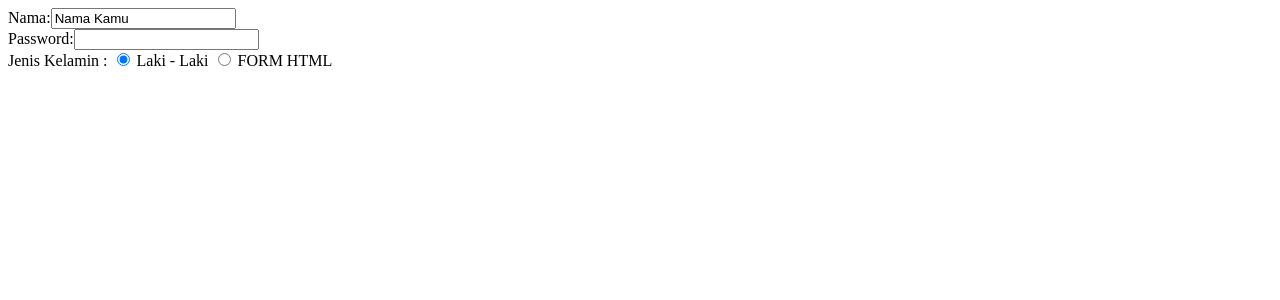
Repository: DejanAmru/dejan-praktikum
Page: modul-5/mod5.html
These files come from the project's save history. The page is drawn as it stood at one moment and after a run of saves; the edit follows.
The browser window is 1280 px wide. The pictures show the whole page.

Above is the page before, as saved 2025-10-30 14:10:57.

After the next 2 saves:
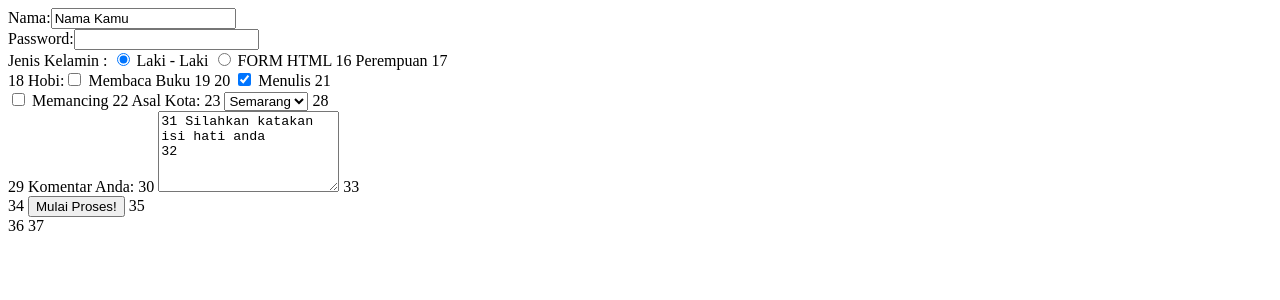
The 2 saves are shown as one change because they came seconds apart.
The last was saved 20 s later.
--- a/modul-5/mod5.html
+++ b/modul-5/mod5.html
@@ -15,4 +15,32 @@
         <input type="radio" name="jenis_kelamin" value="laki-laki" checked />
         Laki - Laki
         <input type="radio" name="jenis_kelamin" value="perempuan"   />
-        FORM HTML
+        FORM HTML
+
+        16 Perempuan
+17 <br />
+18 Hobi:<input type="checkbox" name="hobi_baca"/> Membaca Buku
+19
+20
+<input type="checkbox" name="hobi_nulis" checked /> Menulis
+21 <br />
+<input type="checkbox" name="hobi_mancing"/> Memancing
+22 Asal Kota:
+23 <select name="asal_kota">
+24
+25
+<option value="Kota Jakarta"> Jakarta</option>
+26
+<option>Bandung</option>
+<option value="Kota Semarang" selected>Semarang</option>
+27 </select>
+28 <br />
+29 Komentar Anda:
+30 <textarea name="komentar" rows="5" cols="20">
+31 Silahkan katakan isi hati anda
+32 </textarea>
+33 <br />
+34 <input type="submit" value="Mulai Proses!">
+35 </form>
+36 </body>
+37 </html>
